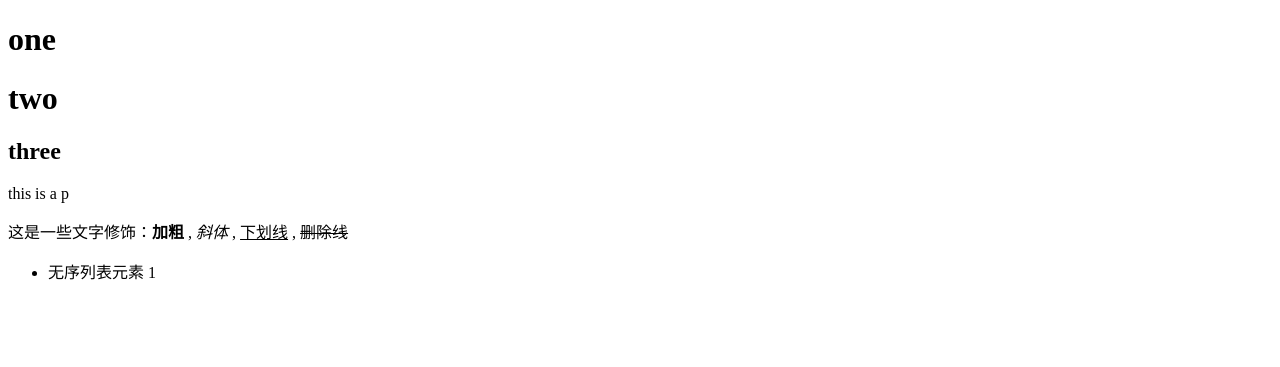
Repository: supercubes/Web
Page: first.html
These files come from the project's save history. The page is drawn as it stood at one moment and after the next save; the edit follows.
The browser window is 1280 px wide. The pictures show the whole page.

Above is the page before, as saved 2025-03-21 20:15:11.

After the next save:
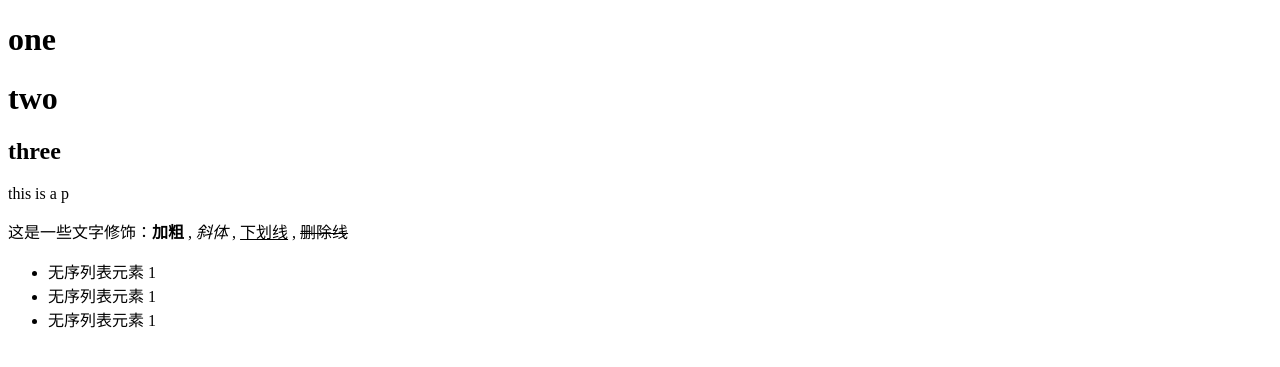
Saved 7 s later.
--- a/first.html
+++ b/first.html
@@ -16,6 +16,8 @@
     </p>
 <ul>
     <li>无序列表元素 1</li>
+    <li>无序列表元素 1</li>
+    <li>无序列表元素 1</li>
 </ul>
 
 
